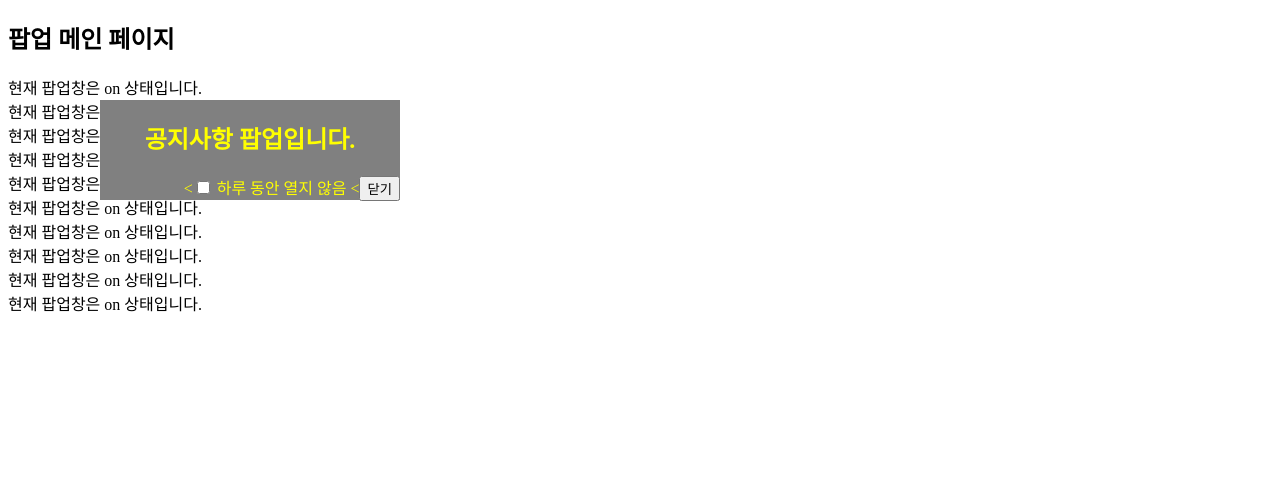
Repository: jjunyuongv/JSP_Servlet
Page: http://localhost/MustHHaveJSP/04Cookie/PopupMain_0.1.jsp
The author's editor kept a copy of each file at every save. The page is drawn from the files as they stood at one save, then again after the next save.
The browser window is 1280 px wide. The pictures show the whole page.
The page is served by Tomcat 10.

Above is the page before, as saved 2025-05-07 08:51:37.

After the next save:
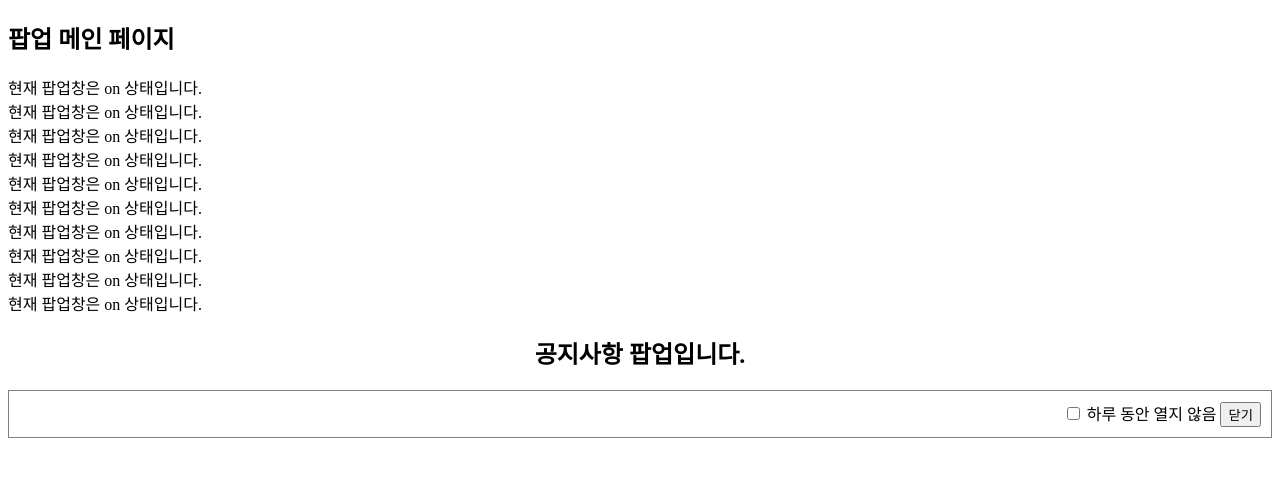
Saved 18 s later.
--- a/MustHHaveJSP/src/main/webapp/04Cookie/PopupMain_0.1.jsp
+++ b/MustHHaveJSP/src/main/webapp/04Cookie/PopupMain_0.1.jsp
@@ -1,52 +1,57 @@
 <%@ page language="java" contentType="text/html; charset=UTF-8"
     pageEncoding="UTF-8"%>
 <%
+//팝업창 오픈 여부 판단을 위한 변수
 String popupMode = "on";
 %>
 <!DOCTYPE html>
 <html>
 	<head>
-	<meta charset="UTF-8">
-
-	<title>Insert title here</title>
+		<meta charset="UTF-8">
+		<title>쿠키를 이용한 팝업 관리</title>
+		<style>
+			<!--팝업창의 위치와 색상 등의 형태를 지정하는 CSS -->
+		    div#popup{
+		        position: absolute; top:100px; left:100px; color:yellow;
+		        width:300px; height:100px; background-color:gray;
+		    }
+		    div#popup>div{
+		        position: relative; background-color:#ffffff; top:0px;
+		        border:1px solid gray; padding:10px; color:black;
+		    }
+		</style>
 		<script src="https://ajax.googleapis.com/ajax/libs/jquery/3.7.1/jquery.min.js"></script>
-		<style>
-			div#popup{
-				position: absolute; top:100px; left:100px; color:yellow;
-				width: 300px; height:100px; background-color:gray;
-			}
-			div#popip>div{
-				position:  relative; background-color: #ffffff; top:0px;
-				border : 1px solid gray; padding: 10px; color:black;
-			}
-		</style>
 		<script>
-			$(function () {
-				$('#closeBtn').click(function () {
-					$('#popup').hide();
-				});
-			});
+		// jQuery의 엔트리 포인트(시작점)
+		$(function() {
+			// 팝업창 닫기 버튼을 누르면 아래코드를 실행한다.
+		    $('#closeBtn').click(function() {
+		    	// 레이어 팝업창을 숨김처리한다.
+		        $('#popup').hide();
+		    });
+		});
 		</script>
 	</head>
 	<body>
 		<h2>팝업 메인 페이지</h2>
 		<%
-			for (int i = 1; i <=10; i++) {
-				out.println("현재 팝업창은 "+ popupMode + " 상태입니다.<br/>");
-			}
-			if (popupMode.equals("on")) {
+			//단순히 텍스트를 10번 반복해서 출력한다.
+		    for (int i = 1; i <= 10; i++) {
+		        out.println("현재 팝업창은 " + popupMode + " 상태입니다.<br/>");
+		    }
+			//popupMode가 on인 경우에만 레이어 팝업창을 보여준다.
+		    if (popupMode.equals("on")) {
 		%>
-			<div id="popup">
-				<h2 align="center">공지사항 팝업입니다.</h2>
-				<div align="right"><form name= "popFrm">
-					<<input type="checkbox" id="inactiveToday" value="1" />
-					하루 동안 열지 않음
-					<<input type="button" id="closeBtn" value="닫기" />
-				</form></div>
-			</div>
+		    <div id="popup">
+		        <h2 align="center">공지사항 팝업입니다.</h2>
+		        <div align="right"><form name="popFrm">
+		            <input type="checkbox" id="inactiveToday" value="1" />
+		            하루 동안 열지 않음
+		            <input type="button" value="닫기" id="closeBtn" />
+		        </form></div>
+		    </div>
 		<%
-			}
+		    }
 		%>
-
 	</body>
 </html>
